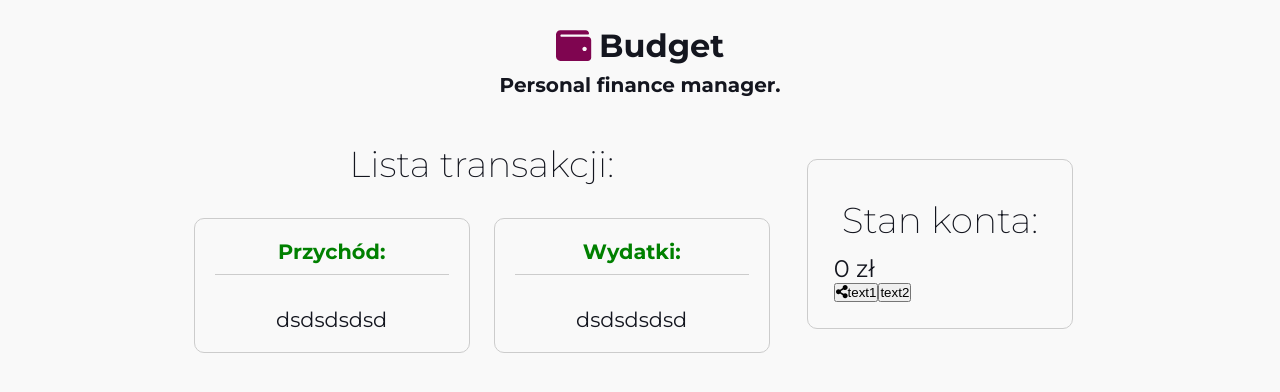
Repository: KrzysKolo/sr_tydzien4_zad4
Page: /
An editor plug-in stored every save of this project. The page is shown before and after the next save, followed by the edit.
The browser window is 1280 px wide. The pictures show the whole page.
Some web libraries are served in a nearby version. The project was rebuilt for these pictures with package versions that can differ from the ones it lists, and the page was loaded fresh each time.

Above is the page before, as saved 2020-11-29 18:21:53.

### public/index.html
<!DOCTYPE html>
<html lang="en">
  <head>
    <meta charset="utf-8" />
    <link rel="icon" href="%PUBLIC_URL%/favicon.ico" />
    <meta name="viewport" content="width=device-width, initial-scale=1" />
    <meta name="theme-color" content="#000000" />
    <meta
      name="description"
      content="Web site created using create-react-app"
    />
    <link rel="apple-touch-icon" href="%PUBLIC_URL%/logo192.png" />
    <!--
      manifest.json provides metadata used when your web app is installed on a
      user's mobile device or desktop. See https://developers.google.com/web/fundamentals/web-app-manifest/
    -->
    <link rel="manifest" href="%PUBLIC_URL%/manifest.json" />
    <!--
      Notice the use of %PUBLIC_URL% in the tags above.
      It will be replaced with the URL of the `public` folder during the build.
      Only files inside the `public` folder can be referenced from the HTML.

      Unlike "/favicon.ico" or "favicon.ico", "%PUBLIC_URL%/favicon.ico" will
      work correctly both with client-side routing and a non-root public URL.
      Learn how to configure a non-root public URL by running `npm run build`.
    -->
    <link
      href="https://fonts.googleapis.com/css?family=Montserrat:200,400,700&display=swap&subset=latin-ext"
      rel="stylesheet"
    />
    <script
      src="https://kit.fontawesome.com/327a0d490c.js"
      crossorigin="anonymous"
    ></script>
    <title>Budget</title>
  </head>
  <body>
    <noscript>You need to enable JavaScript to run this app.</noscript>
    <div id="root"></div>
    <!--
      This HTML file is a template.
      If you open it directly in the browser, you will see an empty page.

      You can add webfonts, meta tags, or analytics to this file.
      The build step will place the bundled scripts into the <body> tag.

      To begin the development, run `npm start` or `yarn start`.
      To create a production bundle, use `npm run build` or `yarn build`.
    -->
  </body>
</html>

### src/App.js
import React from 'react';
import Budget from './components/Budget'

const App = () => {
  return (
    <>
      <Budget/>
    </>
  )
}

export default App;

### src/components/Budget.js
import React from 'react';
import Header from './budgetComponents/Header';
import Section from './budgetComponents/Section';
import SectionInfo from './budgetComponents/SectionInfo';
import H2 from './budgetComponents/sectionComponents/H2';
import styled, { createGlobalStyle } from 'styled-components';

const GlobalStyle = createGlobalStyle`
    * {
        padding: 0;
        margin: 0;
        box-sizing: border-box;
    }
    body {
        background-color: #f9f9f9;
        color: #14161f;
        font-family: "Montserrat", sans-serif;
        font-size: 16px;
        min-height: 100vh;
    }
    `;
const Container = styled.main`
    font-size: 1.5rem;
`;
const SectionContainer = styled.section`
    display: flex;
    flex-direction: row;
    justify-content: center;
    align-items: center;
`;
const SectionBudget = styled.section`
    display: flex;
    flex-direction: column;
    justify-content: center;
    align-items: center;
`;
const DivItems = styled.div`
    display: flex;
    flex-direction: row;
    justify-content: center;
    align-items: center;

`;
const Budget = () => {
    return (
        <>
            <GlobalStyle />
            <Container>
                <Header />
                <SectionContainer>
                    <SectionBudget>
                        <H2 title={"Lista transakcji"} />
                        <DivItems>
                            <Section title={"Przychód"} label={"p"}/>
                            <Section title={"Wydatki"}/>
                        </DivItems>
                    </SectionBudget>
                    <SectionInfo title={"Stan konta"}/>
                </SectionContainer>
            </Container>
        </>
    )
}

export default Budget;

### src/components/budgetComponents/Header.js
import React from 'react';
import styled from 'styled-components';
import { FontAwesomeIcon } from '@fortawesome/react-fontawesome';
import { faWallet } from '@fortawesome/free-solid-svg-icons';

const SectionHeader = styled.header`
    align-items: center;
    color: rgb(127, 5, 80);
    display: flex;
    font-size: 2.2rem;
    flex-direction: column;
    justify-content: center;
    padding: 2%;
`;
const DivHeader = styled.div`
    align-items: center;
    display: flex;
    flex-direction: row;
    justify-content: center;
    margin-bottom: 0.5rem;
`;
const H1Header = styled.h1`
    color: #14161f;
    font-size: 2rem;
    margin-left: .5rem;
`;
const H2Header = styled.h2`
    color: #14161f;
    font-size: 1.25rem;
`;
const Header = () => {
    return (
        <SectionHeader>
            <DivHeader>
                <FontAwesomeIcon icon={faWallet}/>
                <H1Header>Budget</H1Header>
            </DivHeader>
            <H2Header>Personal finance manager.</H2Header>
        </SectionHeader>
    )
}

export default Header;

### src/components/budgetComponents/Section.js
import React from 'react';
import H1 from './sectionComponents/H1';
import styled from 'styled-components';

const SectionWrapper = styled.section`
    border: 1px solid #ccc;
    border-radius: 10px;
    display: flex;
    flex-direction: column;
    font-size: 1.3rem;
    justify-content: center;
    align-items: center;
    margin: 2%;
    padding: 20px;
    width: 300px;
`;
const Section = ({ title, label }) => {
    return (
        <SectionWrapper>
           <H1 title={title} label={label}> </H1>
           <p>dsdsdsdsd</p>
        </SectionWrapper>
    )
}

export default Section;

### src/components/budgetComponents/SectionInfo.js
import React from 'react';
import H2 from './sectionComponents/H2';
import styled from 'styled-components';
import { FontAwesomeIcon } from '@fortawesome/react-fontawesome';
import { faEllipsisV, faHeart, faShareAlt, faAngleDown } from '@fortawesome/free-solid-svg-icons';
const SectionWrapper = styled.section`
    border: 1px solid #ccc;
    border-radius: 10px;
    display: flex;
    flex-direction: column;
    margin: 2vw;
    padding: 2%;
`;
const ButtonWrapper = styled.div`
    display: flex;
    flex-direction: row;
`;
const Section = ({ title }) => {
    return (
        <SectionWrapper>
           <H2 title={title}> </H2>
           <p>0 zł</p>
           <ButtonWrapper>
                <button type="submit" > <FontAwesomeIcon icon={faShareAlt} />text1</button>
                <button type="submit" >text2</button>
           </ButtonWrapper>
        </SectionWrapper>
    )
}

export default Section;

### src/components/budgetComponents/sectionComponents/H2.js
import React from 'react'
import styled from 'styled-components';

const TitleH2 = styled.h2`
    font-weight: 200;
    margin: 2% auto;
    padding: 0.5rem;
`;

const H2 = ({title}) => {
    return (
        <TitleH2>
            {title}:
        </TitleH2>
    )
}

export default H2;

### src/components/budgetComponents/sectionComponents/H1.js
import React from 'react'
import styled from 'styled-components';

const TitleH1 = styled.h1`
    border-bottom: 1px solid #ccc;
    color: ${label => label ? 'green' : 'red'};
    margin-bottom: 2rem;
    padding-bottom: 10px;
    display: block;
    width: 100%;
    text-align: center;
`;

const H1 = ({title, label}) => {
    return (
        <TitleH1>
            {title}:
        </TitleH1>
    )
}

export default H1;

### src/components/budgetComponents/sectionComponents/P.js
import React from 'react';
import styled from 'styled-components';

const InfoP = styled.p`
    color: rgb(127, 5, 80);
    font-size: 1.5rem;
    font-weight: bold;
    width: 100%auto;
    text-align: center;
    padding: 2%;
`;

const P = () => {
    return (
        <InfoP>
            0zł
        </InfoP>
    )
}

export default P;

Loaded but not shown: src/index.js (common file); src/index.css (common file)

After the next save:
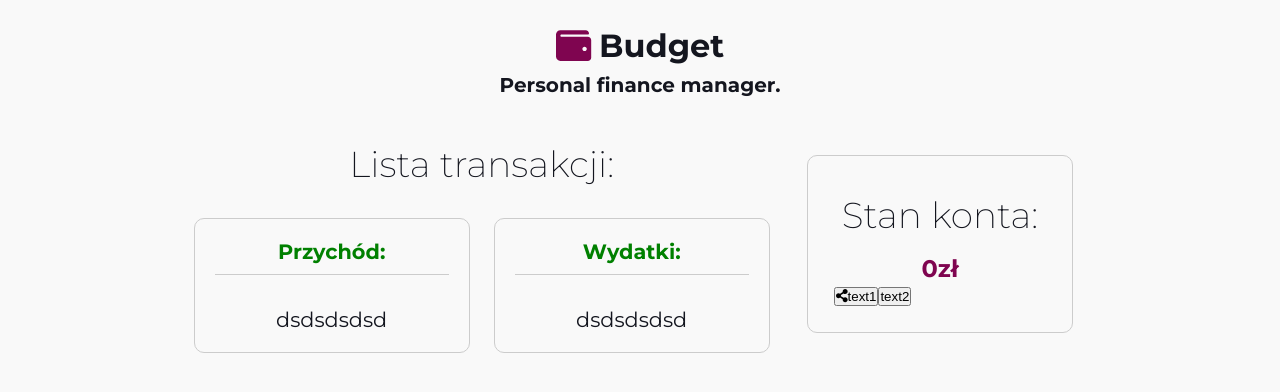
Saved 49 s later.
--- a/src/components/budgetComponents/SectionInfo.js
+++ b/src/components/budgetComponents/SectionInfo.js
@@ -1,5 +1,6 @@
 import React from 'react';
 import H2 from './sectionComponents/H2';
+import P from './sectionComponents/P';
 import styled from 'styled-components';
 import { FontAwesomeIcon } from '@fortawesome/react-fontawesome';
 import { faEllipsisV, faHeart, faShareAlt, faAngleDown } from '@fortawesome/free-solid-svg-icons';
@@ -19,7 +20,7 @@ const Section = ({ title }) => {
     return (
         <SectionWrapper>
            <H2 title={title}> </H2>
-           <p>0 zł</p>
+           <P />
            <ButtonWrapper>
                 <button type="submit" > <FontAwesomeIcon icon={faShareAlt} />text1</button>
                 <button type="submit" >text2</button>
